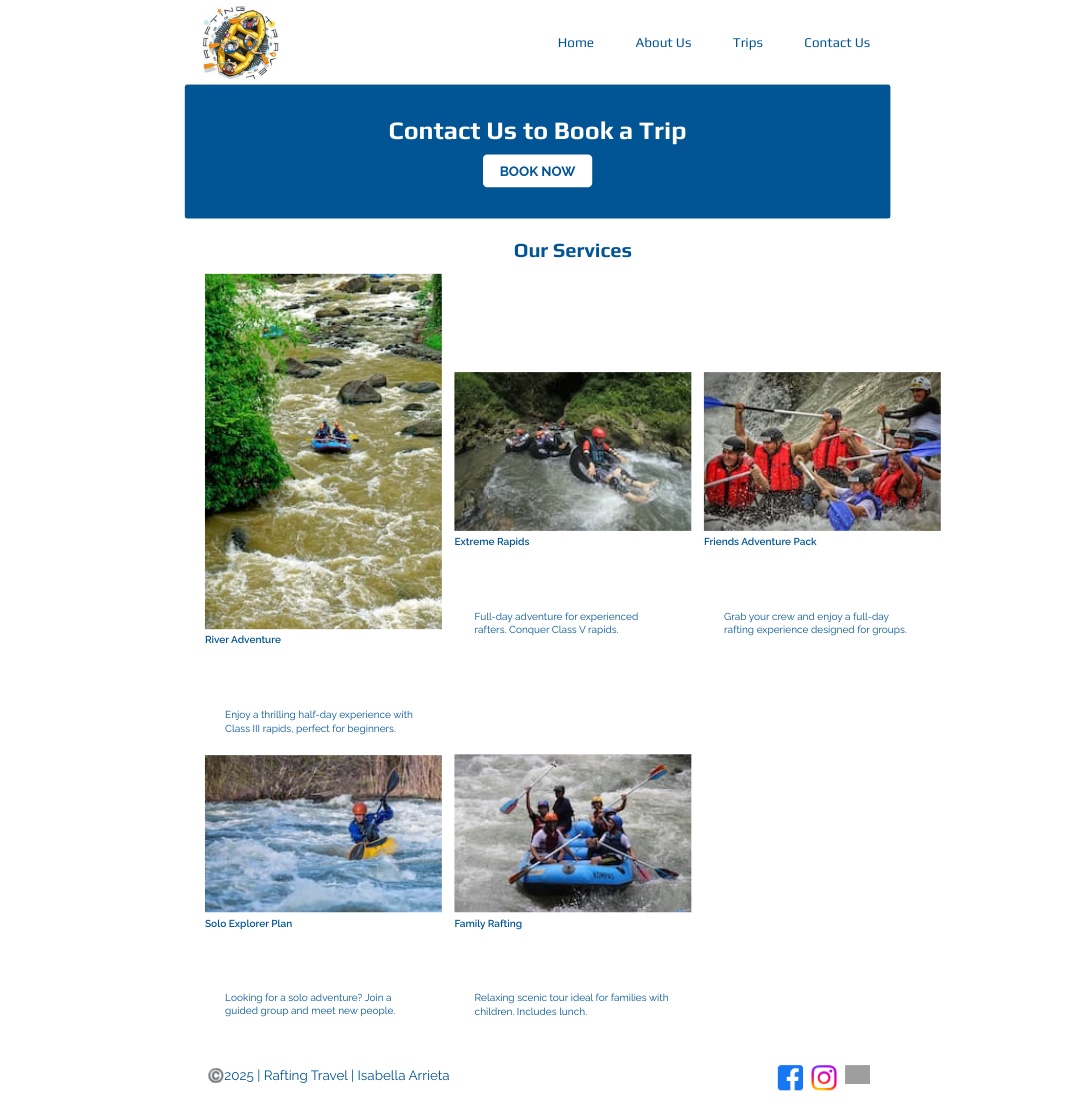
Repository: isaAJ05/wdd130
Page: wwr/trips.html
An editor plug-in stored every save of this project. The page is shown before and after the next save, followed by the edit.
The browser window is 1280 px wide. The pictures show the whole page, at 84% of full size.
Pictures or frames that could not be fetched are drawn as grey boxes.

Above is the page before, as saved 2025-06-16 23:29:26.

### wwr/trips.html
<!DOCTYPE html>
<html lang="en">
<head>
    <meta charset="UTF-8">
    <meta name="viewport" content="width=device-width, initial-scale=1.0">
    <title>Trips-Rafting Travel</title>
    <meta name="description" content="Info about the trips of Rafting Travel">
    <meta name="author" content="Isabella Arrieta">
    <link rel="stylesheet" href="styles/rafting.css">
    <link rel="preconnect" href="https://fonts.googleapis.com">
    <link rel="preconnect" href="https://fonts.gstatic.com" crossorigin>
    <link href="https://fonts.googleapis.com/css2?family=Play:wght@400;700&family=Raleway:ital,wght@0,100..900;1,100..900&display=swap" rel="stylesheet">
</head>
<body>
    <header>
        <img src ="images/z-raftingcompas.jpg" alt="Rafting Company Logo">
    <nav>
        <a href="index.html">Home</a>
        <a href="about.html">About Us</a>
        <a href="trips.html">Trips</a>
        <a href="contact.html">Contact Us</a>
    </nav>
    </header>
    <main>
        <div class="rectangle-3">
            <h1 class="header-3">Contact Us to Book a Trip</h1>
            <a href="contact.html" class="btn">BOOK NOW</a>
        </div>
        <section class="services">
            <h2>Our Services</h2>
            <figure>
                <img src="images/trips1.jpg" alt="">
                <figcaption>River Adventure</figcaption>
                <p>Enjoy a thrilling half-day experience with Class III rapids, perfect for beginners.</p>
            </figure>
            <figure>
                <img src="images/trips2.jpg" alt="">
                <figcaption>Extreme Rapids</figcaption>
                <p>Full-day adventure for experienced rafters. Conquer Class V rapids.</p>
            </figure>
            <figure>
                <img src="images/trips3.jpg" alt="">
                <figcaption>Friends Adventure Pack</figcaption>
                <p>Grab your crew and enjoy a full-day rafting experience designed for groups.</p>
            </figure>
            <figure>
                <img src="images/trips4.jpg" alt="">
                <figcaption>Solo Explorer Plan</figcaption>
                <p>Looking for a solo adventure? Join a guided group and meet new people.</p>
            </figure>
            <figure>
                <img src="images/trips5.jpg" alt="">
                <figcaption>Family Rafting</figcaption>
                <p>Relaxing scenic tour ideal for families with children. Includes lunch.</p>
            </figure>
        </section>
        </main>
    <footer>
        <p>©️2025 | Rafting Travel | Isabella Arrieta</p>
        <nav class="socialmedia">
            <a href="https://www.facebook.com/">
                <img src="images/facebook.webp" alt="Facebook" width="30">
            </a>
            <a href="https://www.instagram.com/">
                <img src="images/instagram.webp" alt="Instagram" width="30">
            </a>
            <a href="https://x.com/home">
                <img src="images/x.webp" alt="X" width="30">
            </a>
        </nav>
    </footer>
</body>
</html>

### wwr/styles/rafting.css
:root {
    --primary-color: #FC9F1C;
    --secondary-color: #FFE77C;
    --accent1-color: #025595;
    --accent2-color: #A6DEF6;
    --heading-font: "Play", sans-serif;
    --body-font: "Raleway", sans-serif;
}

header {
    margin: 1rem auto;
    background-color: #fff;
    color: var(--secondary-color);
    display: grid;
	grid-template-columns: 1fr 1fr;
    align-items: center;
    border-bottom: 1px solid #ccc;

}
header img {
    width: 100px;
    height: auto;
    margin-left: 16px;
}
*{
    margin: 0;
    padding: 0;
    box-sizing: border-box;
}
body {
    font-family: var(--body-font);
    color: var(--accent1-color);
}
 header, main, footer {
    width: 840px;
    margin: 0 auto;
}
h1, h2{
    font-family: var(--heading-font);
    color: var(--accent1-color);
}
p, section, article{
    margin: 16px;
    padding: 8px;
}
.History {
    display: grid;
	grid-template-columns: 1fr 1fr 1fr;
    align-items: center;
    grid-gap: 1px;
}
.History h2{
    grid-column: 1/4;
    text-align: center;

}
.History img{
    width: 100%;
    height: auto;
}
.Adventure {
    display: grid;
    grid-template-columns: 1fr 1fr 1fr 1fr 1fr;
    align-items: center;
    grid-gap: 15px;
}
.Adventure h2{
    grid-column: 1/6;
    text-align: center;
}
.Adventure img{
    width: 100%;
    height: auto;
}
figcaption {
    text-align: center;
}
nav {
    margin: 16px;
    padding: 8px;
    display: flex;
    justify-content: space-between;
	flex: 1 1 auto;

}
nav a {
    text-decoration: none;
    font-family: var(--heading-font);
    color: var(--accent1-color);
}
nav a:hover {
    color: var(--primary-color);
    text-decoration: underline;
}

.socialmedia a{
    text-decoration: none;
}
.socialmedia {
    justify-content: right;
    gap: 10px;
}

.herodiv{
    position: relative;
    margin: 1em auto;

}

.herodiv img{
    display: block;
    width: 100%;
    height: auto;
}

.herodiv h1{
    position: absolute;
    top: 20px;
    width: 100%;
    padding: 16px;
    text-align: center;
    opacity: 0.9;
    background-color: var(--accent1-color);
    color: #ffffff;

}

.herodiv article{
    position: absolute;
    top: 150px;
    left: 5px;
    width: 800px;
    opacity: 0.9;
    background-color: var(--accent1-color);
    color: #ffffff;
}
.herodiv article img{
    float: right;
    width: 230px;
    padding: 8px;
}
footer {
    display: flex;

}
footer p {
    margin: 19px;
    padding: 8px;

}
.rectangle-3 {
	width: 840px;
	height: 159px;
	padding: 8px 8px 8px 8px;
	background:var(--accent1-color);
    margin: 0 auto;
    display: flex;
    flex-direction: column;
    align-items: center;
    justify-content: center;
	border-radius: 3px 3px 3px 3px;

}
.rectangle-3 .header-3 {
    width: 463px;
	height: 36px;
	color: #FFFFFF;
	font-family: var(--heading-font);
	font-weight: 700;
	font-size: 30px;
	line-height: 1.2;
	text-align: center;
}
.we-love-questions-and-feedback-and-we-re-always- {
	width: 418px;
	height: 44px;
	color: #FFFFFF;
	font-family: var(--body-font);
	font-weight: 400;
	font-size: 13px;
	line-height: 1.4;
	text-align: center;
}
.rectangle-4 {
	width: 840px;
	height: 348px;
	background: #FFFFFF;
	border-radius: 3px 3px 3px 3px;
    display: flex;
    align-items: flex-start;
}
.column-text{
    flex:1;
    padding: 20px;
    align-items: center;
}
.column-text .block{
    flex:1;
}

.column-map {
    flex: 1;
    text-align: right;;
}

.column-map iframe {
	max-width: 463px;
	height: 348px;
	background: #00000000;

}


.header-14 {
	width: 223px;
	color: var(--accent1-color);
	font-family: var(--body-font);
	font-weight: 700;
	font-size: 24px;
	line-height: 1.2;
    text-align: left;
    margin-top: 34px;
}
.jackson-wyoming-ee-uu- {

    margin-top: 35px;
	color: var(--accent1-color);
	font-family: var(--body-font);
	font-weight: 600;
	font-size: 16px;
	line-height: 1.1;
	text-align: left;
    padding-left: 6px;
}


.address-phone-and-email {
    margin-top: 20px;
	color: var(--accent1-color);
	font-family: var(--body-font);
	font-weight: 400;
	font-size: 11px;
	line-height: 1.5;
	text-align: left;
}
.address-phone-and-email img {
	width: 18px;
	height: 18px;
}
.address-phone-and-email figure {
    display: flex;
    gap: 10px;
    margin: 0;
    margin-top: 10px;
}



.rectangle-5 {
	width: 840px;
	height: 240px;
    padding: 20px 20px 20px 20px;
	background: var(--accent1-color);
	border-radius: 3px 3px 3px 3px;
    display: grid;
    grid-template-columns: 1fr 1fr 1fr;
    align-items: center;
    justify-items: center;
}
.rectangle-5 img {
	width: 120px;
	height: 135px;
	background: #00000000;
}

.rectangle-5 figcaption {
	width: 111px;
	height: 15px;
	color: #FFFFFF;
	font-family: var(--body-font);
	font-weight: 500;
	font-size: 14px;
	line-height: 1.1;
	text-align: center;
}

.header-16 {
	width: 223px;
	height: 48px;
	color: #FFFFFF;
	font-family: var(--heading-font);
	font-weight: 700;
	font-size: 24px;
	line-height: 1.2;
	text-align: center;
    grid-column: 1/4;
    margin: 0 auto;
}

.rectangle-6 {
	width: 840px;
	height: 551px;
	padding: 8px 8px 8px 8px;
	background: #EDF0F4;
	border-radius: 3px 3px 3px 3px;
}
.rectangle-7 {
	width: 840px;
	height: 340px;
	padding: 8px 8px 8px 8px;
	background: #EDF0F4;
	border-radius: 3px 3px 3px 3px;
}
.rectangle-6 h2, .rectangle-7 h2 {
    margin-top: 48px;
	color: #3B4754;
	font-family: var(--heading-font);
	font-weight: 700;
	font-size: 24px;
	line-height: 1.2;
	text-align: center;
}

.rectangle-6 p, .rectangle-7 p {
	color: #4f6278;
	font-family: var(--body-font);
	font-weight: 400;
	font-size: 13px;
	line-height: 1.5;
	text-align: center;
}

.rectangle-6 .row, .rectangle-7 .row {
    display: flex;
    gap: 20px;
    align-items: center;
    justify-content: center;
    padding-top: 16px;
    padding-bottom: 16px;

}

.rectangle-6 .form-title, .rectangle-7 .form-title {
    display: flex;
    flex-direction: column;

}
.rectangle-6 .form-title label, .rectangle-7 .form-title label {
	width: 31px;
	height: 12px;
	color: #3B4754;
	font-family: var(--body-font);
	font-weight: 700;
	font-size: 11px;
	line-height: 1.1;
	text-align: left;
}
.rectangle-6 .form-title input, .rectangle-7 .form-title input {
	width: 225px;
	height: 28px;
	background: #FFFFFF;
	color: #9FAFC1;
	border-color: #C9D3DD;
	border-width: 2px;
	border-style: solid;
	border-radius: 4px 4px 4px 4px;
	font-family: var(--body-font);
	font-weight: 400;
	font-size: 12px;
	text-align: left;
    margin-top: 4px;
}
.rectangle-6 .title label, .rectangle-7 .title label {
	width: 31px;
	height: 12px;
	color: #3B4754;
	font-family: var(--body-font);
	font-weight: 700;
	font-size: 11px;
	line-height: 1.1;
	text-align: left;
    padding-left: 176px;
}
.radio{
    padding-left: 176px;

}

input[type="radio"]{
	background: #FFFFFF;
	border-color: #C9D3DD;
	border-width: 1.5px;
	border-style: solid;
}
.radio label {
    font-family: var(--body-font);
	font-weight: normal;
	font-size: 12px;
	text-align: left;
    color: #232323;
}
.rectangle-6 .textarea {
    display: flex;
    flex-direction: column;
    align-items: center;
    justify-content: center;
}
.rectangle-6 .textarea textarea {
    width: 469px;
	height: 99px;
	background: #FFFFFF;
	color: #000000;
	border-color: #C9D3DD;
	border-width: 2px;
	border-style: solid;
	border-radius: 4px 4px 4px 4px;
	font-family: var(--body-font);
	font-weight: 400;
	font-size: 12px;
	text-align: left;

}
.check {
    padding-left: 260px;
    padding-top: 20px;
    padding-bottom: 16px;
}
.check checkbox {
	width: 371px;
	height: 19px;
	background: #FFFFFF;
	border-color: #C9D3DD;
	border-width: 1.5px;
	border-style: solid;

}

.check label{
    font-family: var(--body-font);
	font-weight: normal;
	font-size: 12px;
	text-align: left;
	color: #4f6278;;
}
.send {
    padding-left: 360px;
}
.rectangle-6 button, .hero button, .rectangle-7 button {
	width: 100px;
	height: 28px;
	padding: 0px 10px 0px 10px;
	background: var(--accent1-color);
	color: #FFFFFF;
	border-color: #3B4754;
	border-width: 1px;
	border-style: solid;
	border-radius: 2px 2px 2px 2px;
	font-family: var(--body-font);
	font-weight: 700;
	font-size: 10px;
	text-align: center;

}
.rectangle-6 button:hover, .btn:hover, .rectangle-7 button:hover {
    background: var(--primary-color);
    color: #fff;
    cursor: pointer;
}
.hero {
	position: relative;
}
.hero img {
	width: 100%;
	display: block;
}
.hero-text {
	position: absolute;
	top: 360px;
	width: 100%;
	text-align: center;
	background-color: var(--accent1-color);
	padding: 20px;
	opacity: 0.9;
	color: #ffffff;
}

.hero-text h1 {
	font-size: 1.7rem;
	margin: 0;
	font-family: var(--heading-font);
	color: #ffffff;
}
.btn {
	display: inline-block;
	margin-top: 10px;
	padding: 10px 20px;
	background-color: #ffffff;
	color: var(--accent1-color);
	text-decoration: none;
	border-radius: 5px;
	font-weight: bold;
}
.more-info {
    display: grid;
    grid-template-columns: 1fr 1fr 1fr;
    align-items: center;
    justify-items: center;

}

.more-info h2{
    grid-column: 1/4;
    text-align: center;
	margin-bottom: 16px;

}
.more-info img{
    width: 200px;
    height: auto;
}
.more-info figcaption{
	text-align: center;
	padding: 8px;
	font-family: var(--body-font);
	color: var(--accent1-color);
	font-weight: 500;
	font-size: 14px;
}

.services {
    display: grid;
    grid-template-columns: 1fr 1fr 1fr;
    align-items: center;
    grid-gap: 15px;
}
.services h2{
    grid-column: 1/4;
    text-align: center;
}
.services img{
    width: 100%;
    height: auto;
}
.services figcaption {
    width: 250px;
	height: 67px;
	font-weight: 600;
	font-size: 12px;
	line-height: 1.5;
	text-align: left;
}
.services p {
	width: 250px;
	height: 31px;
	font-weight: 400;
	font-size: 12px;
	line-height: 1.3;
	text-align: left;
}

After the next save:
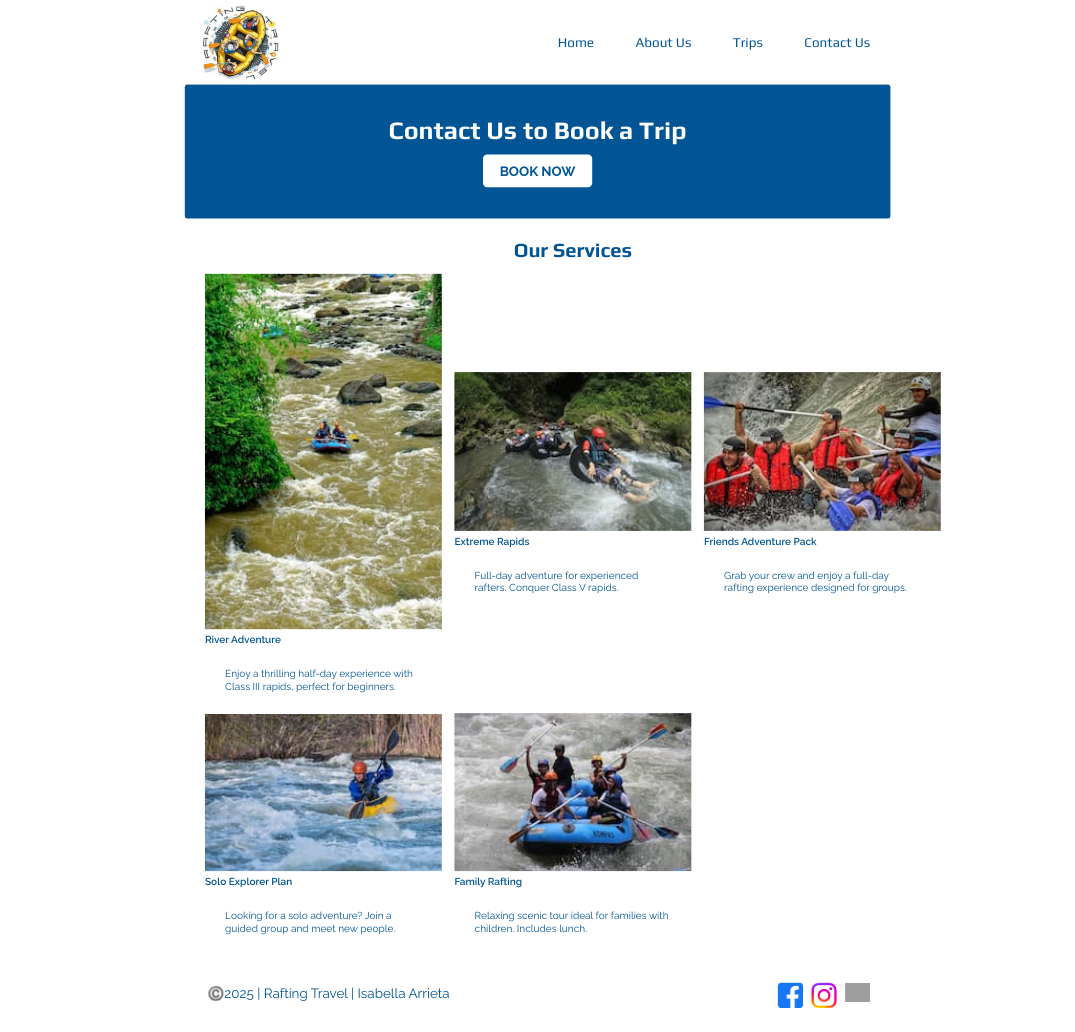
Saved 19 s later.
--- a/wwr/styles/rafting.css
+++ b/wwr/styles/rafting.css
@@ -542,8 +542,7 @@ input[type="radio"]{
     height: auto;
 }
 .services figcaption {
-    width: 250px;
-	height: 67px;
+
 	font-weight: 600;
 	font-size: 12px;
 	line-height: 1.5;
